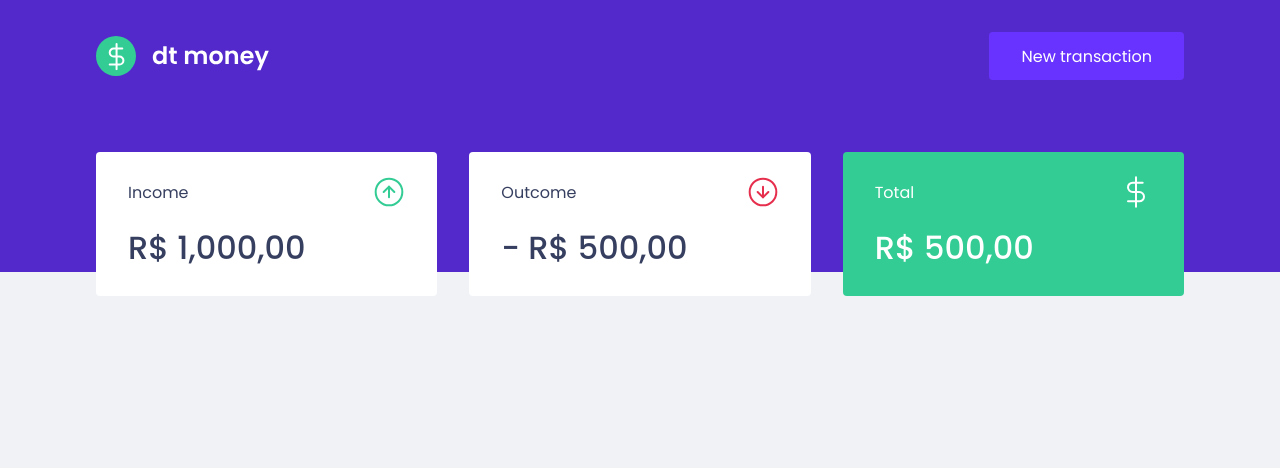
Repository: JoseGu1llardi/dtmoney
Page: /
An editor plug-in stored every save of this project. The page is shown before and after the next save, followed by the edit.
The browser window is 1280 px wide. The pictures show the whole page.
The project was rebuilt for these pictures with package versions that can differ from the ones it lists, and the page was loaded fresh each time.

Above is the page before, as saved 2022-12-30 15:31:36.

### public/index.html
<!DOCTYPE html>
<html lang="en">
  <head>
    <link rel="preconnect" href="https://fonts.googleapis.com" />
    <link rel="preconnect" href="https://fonts.gstatic.com" crossorigin />

    <meta charset="utf-8" />
    <meta name="viewport" content="width=device-width, initial-scale=1" />

    <link
      href="https://fonts.googleapis.com/css2?family=Poppins:wght@400;500;600&display=swap"
      rel="stylesheet"
    />

    <link rel="shortcut icon" href="favicon.png" type="image/png" />

    <title>Guillardi Money</title>
  </head>
  <body>
    <noscript>You need to enable JavaScript to run this app.</noscript>
    <div id="root"></div>
  </body>
</html>

### src/index.tsx
import { StrictMode } from 'react';
import { createRoot } from 'react-dom/client';
import { App } from './App';

const root = createRoot(
  document.getElementById('root') as HTMLElement
);
root.render(
  <StrictMode>
    <App />
  </StrictMode>
);

### src/App.tsx
import { Dashboard } from "./components/Dashboard";
import { Header } from "./components/Header";

import { GlobalStyle } from "./styles/global";

export function App() {
  return (
    <>
      <Header />
      <Dashboard />
      <GlobalStyle />
    </>
  );
}

### src/components/Dashboard/index.tsx
import { Summary } from "../Summary";

import { Container } from "./styles";


export function Dashboard() {
    return (
        <Container>
            <Summary />
        </Container>
    )
}

### src/components/Header/index.tsx
import logoImg from '../../assets/logo.svg'
import { Container, Content } from './styles'

export function Header() {
    return (
        <Container>
            <Content>
                <img src={logoImg} alt="Logo Guillardi Money" />
                <button>
                    New transaction
                </button>
            </Content>
        </Container>
    )
}

### src/styles/global.ts
import { createGlobalStyle } from "styled-components";

export const GlobalStyle = createGlobalStyle`
    :root {
        --background: #F0F2F5;
        --red: #e52e4d;
        --blue: #5429cc;
        --green: #33cc95;

        --blue-light: #6933ff;

        --text-title: #363f5f;
        --text-body: #969cb3;

        --background: #f0f2f5;
        --shape: #ffffff;
    }

    * {
        margin: 0;
        padding: 0;
        box-sizing: border-box;
    }

    html {
        @media (max-width: 1080px) {
            font-size: 93.75%;

        @media (max-width: 720px) {
            font-size: 87.5%;
        }
    }

    }

    body {
        background: var(--background);
        -webkit-font-smoothing: antialiased;
    }

    body, input, textarea, button {
        font-family: 'Poppins', sans-serif;
        font-weight: 400;
    }

    h1, h2, h3, h4, h5, h6, strong {
        font-weight: 600;
    }

    button {
        cursor: pointer;
    }

    [disabled] {
        opacity: 0.6;
        cursor: not-allowed;
    }
`;

### src/components/Summary/index.tsx
import { Container } from './styles';

import incomeImg from '../../assets/income.svg';
import outcomeImg from '../../assets/outcome.svg';
import totalImg from '../../assets/total.svg';

export function Summary() {
    return (
        <Container>
            <div>
                <header>
                    <p>Income</p>
                    <img src={incomeImg} alt="Logo income" />
                </header>
                <strong>R$ 1,000,00</strong>
            </div>

            <div>
                <header>
                    <p>Outcome</p>
                    <img src={outcomeImg} alt="Logo outcome" />
                </header>
                <strong>- R$ 500,00</strong>
            </div>

            <div className="highlight-background">
                <header>
                    <p>Total</p>
                    <img src={totalImg} alt="Logo total" />
                </header>
                <strong>R$ 500,00</strong>
            </div>
        </Container>
    )
}

### src/components/Header/styles.ts
import styled from "styled-components";

export const Container = styled.header`
  background: var(--blue);
`;

export const Content = styled.div`
  max-width: 1120px;
  margin: 0 auto;

  padding: 2rem 1rem 12rem;
  display: flex;
  align-items: center;
  justify-content: space-between;

  button {
    font-size: 1rem;
    color: white;
    background: var(--blue-light);
    border: 0;
    padding: 0 2rem;
    border-radius: 0.25rem;
    height: 3rem;

    transition: filter 0.2s;

    &:hover {
      filter: brightness(0.9);
    }
  }
`;

### src/components/Summary/styles.ts
import styled from "styled-components";

export const Container = styled.div`
  display: grid;
  grid-template-columns: repeat(3, 1fr);
  gap: 2rem;
  margin-top: -10rem;

  div {
    background: var(--shape);
    padding: 1.5rem 2rem;
    border-radius: 0.25rem;
    color: var(--text-title);

    header {
      display: flex;
      align-items: center;
      justify-content: space-between;
    }

    strong {
      display: block;
      margin-top: 1rem;
      font-size: 2rem;
      font-weight: 500;
    }

    &.highlight-background {
      background: var(--green);
      color: white;
    }
  }
`;

### src/components/TransactionsTable/index.tsx
import { Container } from './styles';

export function TransactionTable() {
    return (
        <Container>
            <table>
                <thead>
                    <tr>
                        <th>Title</th>
                        <th>Value</th>
                        <th>Category</th>
                        <th>Data</th>
                    </tr>
                </thead>

                <tbody>
                    <tr>
                        <td>Website development</td>
                        <td>R$ 12,000,00</td>
                        <td>Development</td>
                        <td>20/10/2022</td>
                    </tr>

                    <tr>
                        <td>Website development</td>
                        <td>R$ 12,000,00</td>
                        <td>Development</td>
                        <td>20/10/2022</td>
                    </tr>

                    <tr>
                        <td>Website development</td>
                        <td>R$ 12,000,00</td>
                        <td>Development</td>
                        <td>20/10/2022</td>
                    </tr>

                    <tr>
                        <td>Website development</td>
                        <td>R$ 12,000,00</td>
                        <td>Development</td>
                        <td>20/10/2022</td>
                    </tr>
                </tbody>
            </table>
        </Container>
    )
}

Loaded but not shown: src/components/Dashboard/styles.ts (common file); src/components/TransactionsTable/styles.ts (common file)

After the next save:
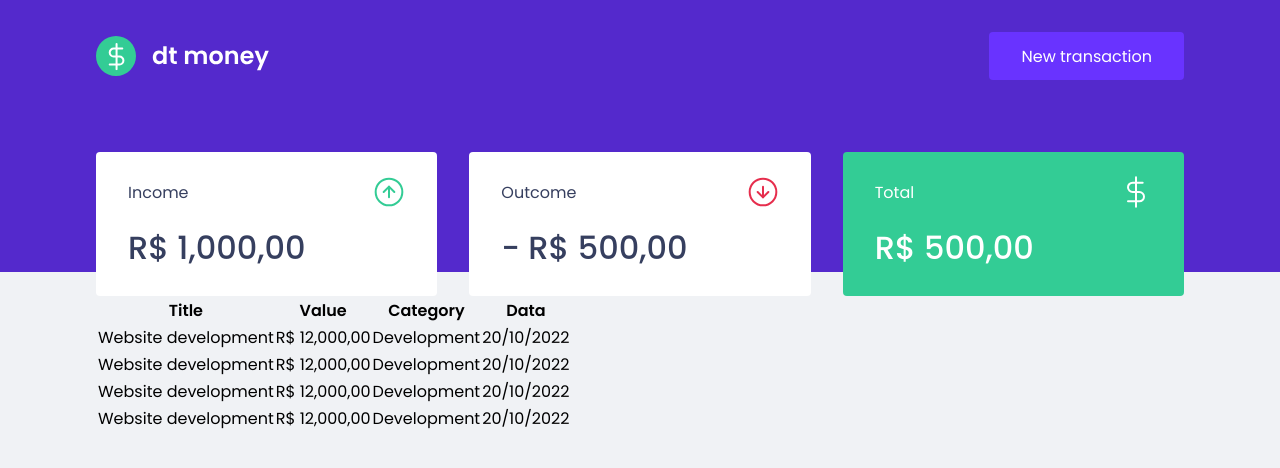
Saved 55 s later.
--- a/src/components/Dashboard/index.tsx
+++ b/src/components/Dashboard/index.tsx
@@ -1,4 +1,5 @@
 import { Summary } from "../Summary";
+import { TransactionTable } from "../TransactionsTable";
 
 import { Container } from "./styles";
 
@@ -7,6 +8,7 @@ export function Dashboard() {
     return (
         <Container>
             <Summary />
+            <TransactionTable />
         </Container>
     )
 }
